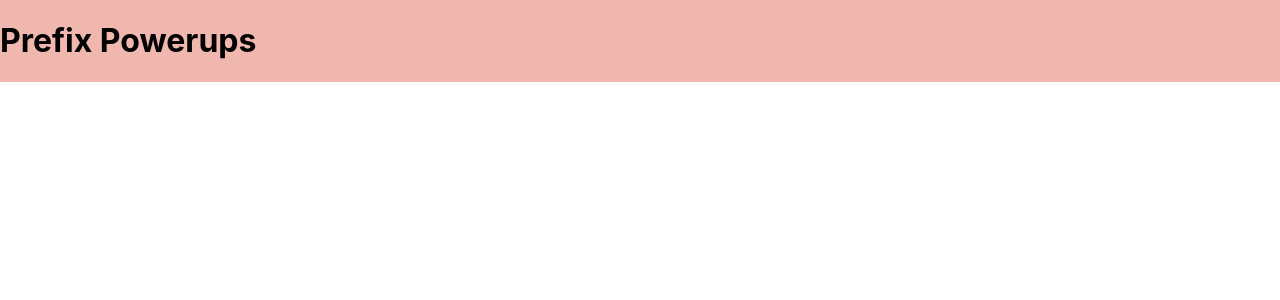
Repository: bsalgado98/buns-inator
Page: /
An editor plug-in stored every save of this project. The page is shown before and after the next save, followed by the edit.
The browser window is 1280 px wide. The pictures show the whole page.
The project was rebuilt for these pictures with package versions that can differ from the ones it lists, and the page was loaded fresh each time. Also part of the build but not shown: src/components/WordCard/WordCard.js.

Above is the page before, as saved 2022-04-25 21:47:03.

### src/index.css
body {
    margin: 0;
    padding: 0;
    font-family: -apple-system, BlinkMacSystemFont, 'Segoe UI', 'Roboto', 'Oxygen',
        'Ubuntu', 'Cantarell', 'Fira Sans', 'Droid Sans', 'Helvetica Neue',
        sans-serif;
    -webkit-font-smoothing: antialiased;
    -moz-osx-font-smoothing: grayscale;
}

code {
    font-family: source-code-pro, Menlo, Monaco, Consolas, 'Courier New', monospace;
}

### src/App.js
import './App.css';
import WordCard from './components/WordCard/WordCard'
import WordBank from './components/WordBank/WordBank'

function App() {

    return (
        <div className="App">
            <WordBank bankTitle='Prefix Powerups' color="#d12711" />
        </div>
    );
}

export default App;

### src/components/WordBank/WordBank.js
const WordBank = ({ bankTitle = "N/A", color = "#000000", wordCollection = [] }) => {
    const styles = {
        containerStyle: {
            backgroundColor: `${color}55`
        },
        title: {
            style: {

            },
            container: {
                style: {
                    display: 'flex'
                }
            }
        },
        collectionArea: {
            style: {

            }
        }
    }
    return (
        <div style={styles.containerStyle}>
            <div style={styles.title.container.style}>
                <h1>{bankTitle}</h1>
            </div>
            <div>

            </div>
        </div>
    )
}

export default WordBank

Loaded but not shown: public/index.html (common file); src/index.js (common file); src/reportWebVitals.js (common file); src/App.css (common file)

After the next save:
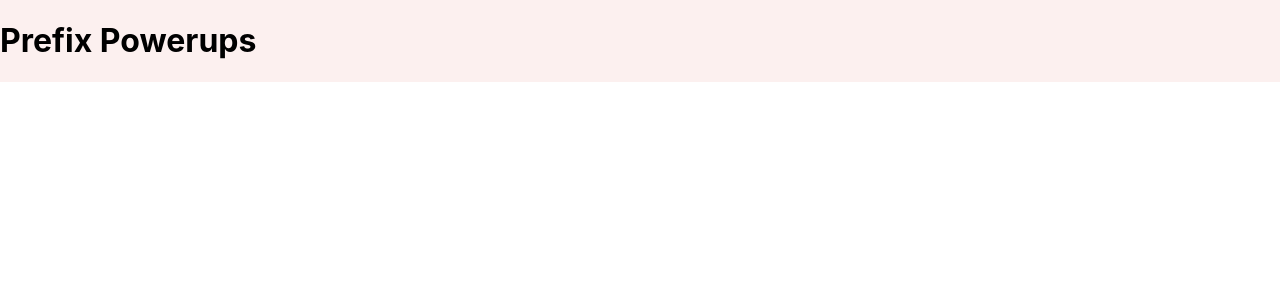
Saved 11 s later.
--- a/src/components/WordBank/WordBank.js
+++ b/src/components/WordBank/WordBank.js
@@ -1,7 +1,7 @@
 const WordBank = ({ bankTitle = "N/A", color = "#000000", wordCollection = [] }) => {
     const styles = {
         containerStyle: {
-            backgroundColor: `${color}55`
+            backgroundColor: `${color}11`
         },
         title: {
             style: {
